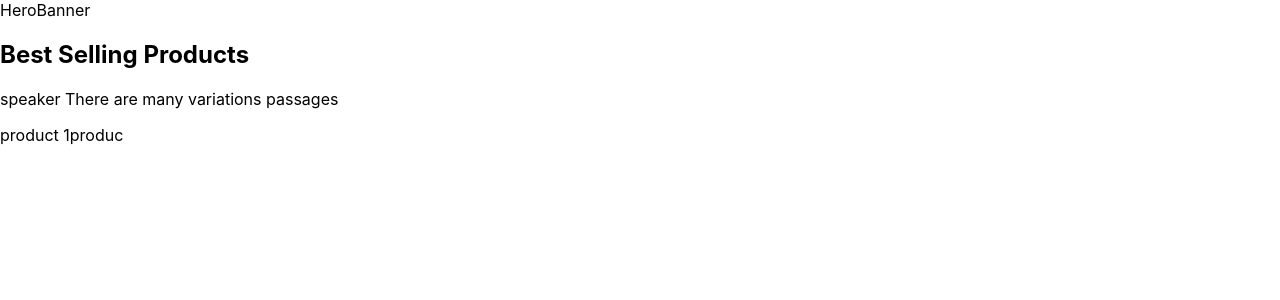
Repository: syni18/e-shop
Page: /
The author's editor kept a copy of each file at every save. The page is drawn from the files as they stood at one save, then again after the next save.
The browser window is 1280 px wide. The pictures show the whole page.
The project was rebuilt for these pictures with package versions that can differ from the ones it lists, and the page was loaded fresh each time. The framework's server and built-in components were replaced by stand-ins that run in the browser. Also part of the build but not shown: next.config.js.

Above is the page before, as saved 2022-08-09 01:22:01.

### pages/index.js
import React from 'react'

const index = () => {
  return (
    <>
      HeroBanner
      <div>
        <h2>Best Selling Products</h2>
        <p>speaker There are many variations passages</p>
      </div>
      <div>
        {['product 1', 'produc']}
      </div>
    </>
  );
}

export default index

Loaded but not shown: pages/_app.js (common file); styles/globals.css (common file)

After the next save:
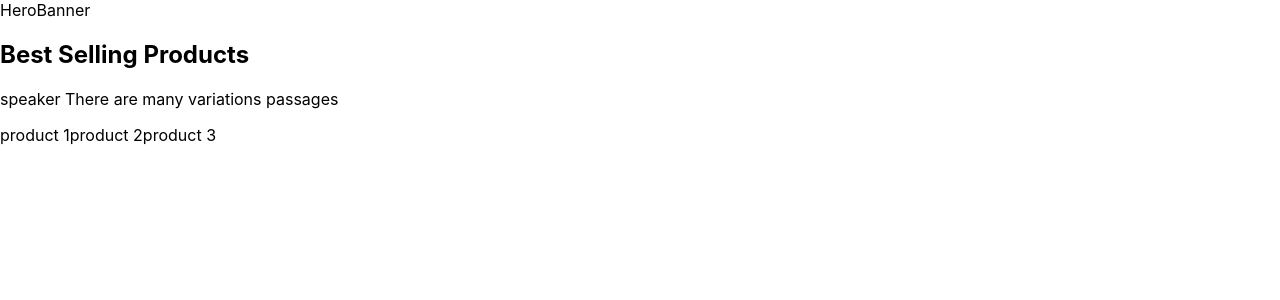
Saved 4 s later.
--- a/pages/index.js
+++ b/pages/index.js
@@ -9,7 +9,7 @@ const index = () => {
         <p>speaker There are many variations passages</p>
       </div>
       <div>
-        {['product 1', 'produc']}
+        {['product 1', 'product 2', 'product 3']}
       </div>
     </>
   );
